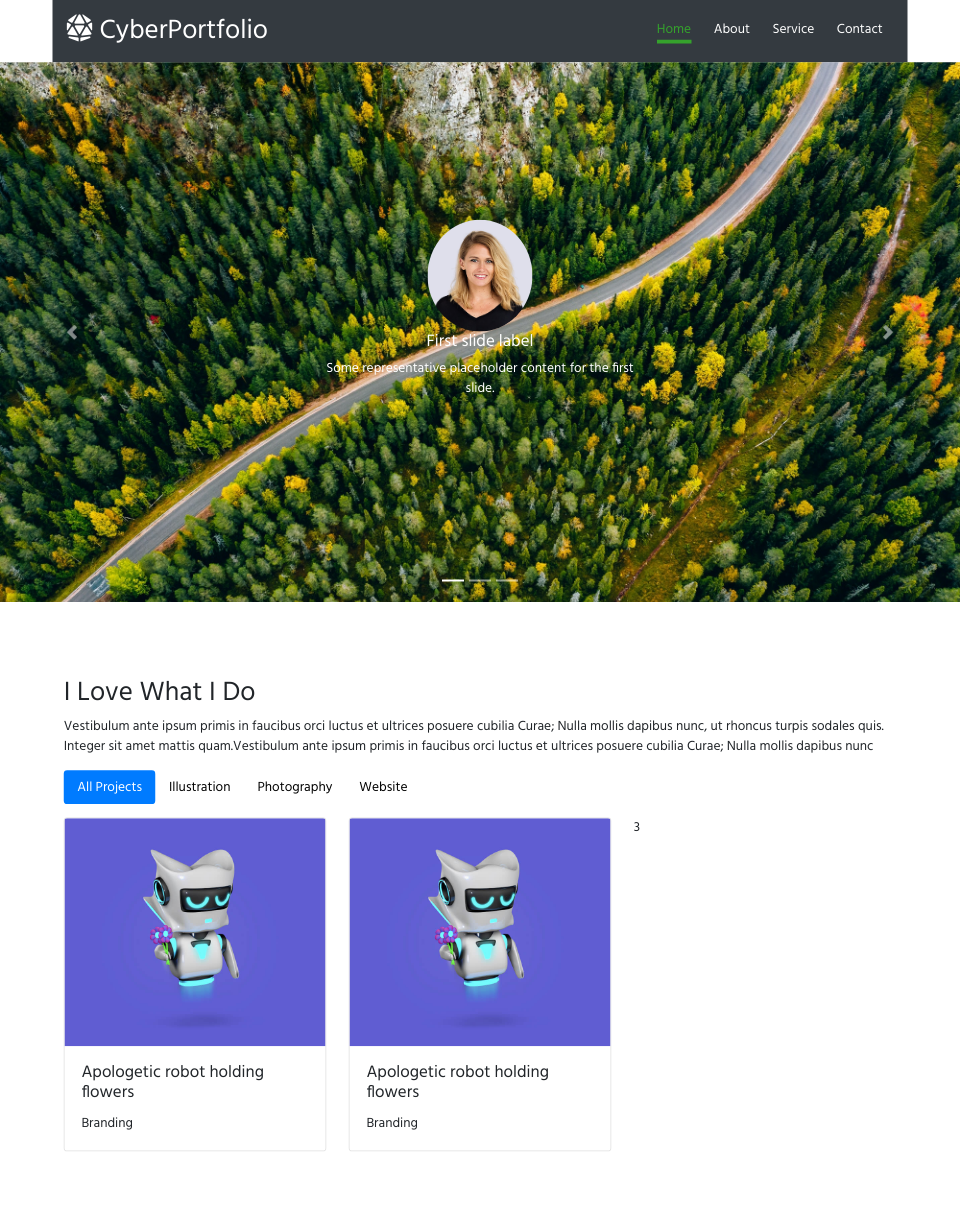
Repository: thanhfrankie/portfolio
Page: index.html
An editor plug-in stored every save of this project. The page is shown before and after a run of saves, followed by the edit.
The browser window is 1280 px wide. The pictures show the whole page, at 75% of full size.

Above is the page before, as saved 2023-11-30 09:37:54.

After the next 2 saves:
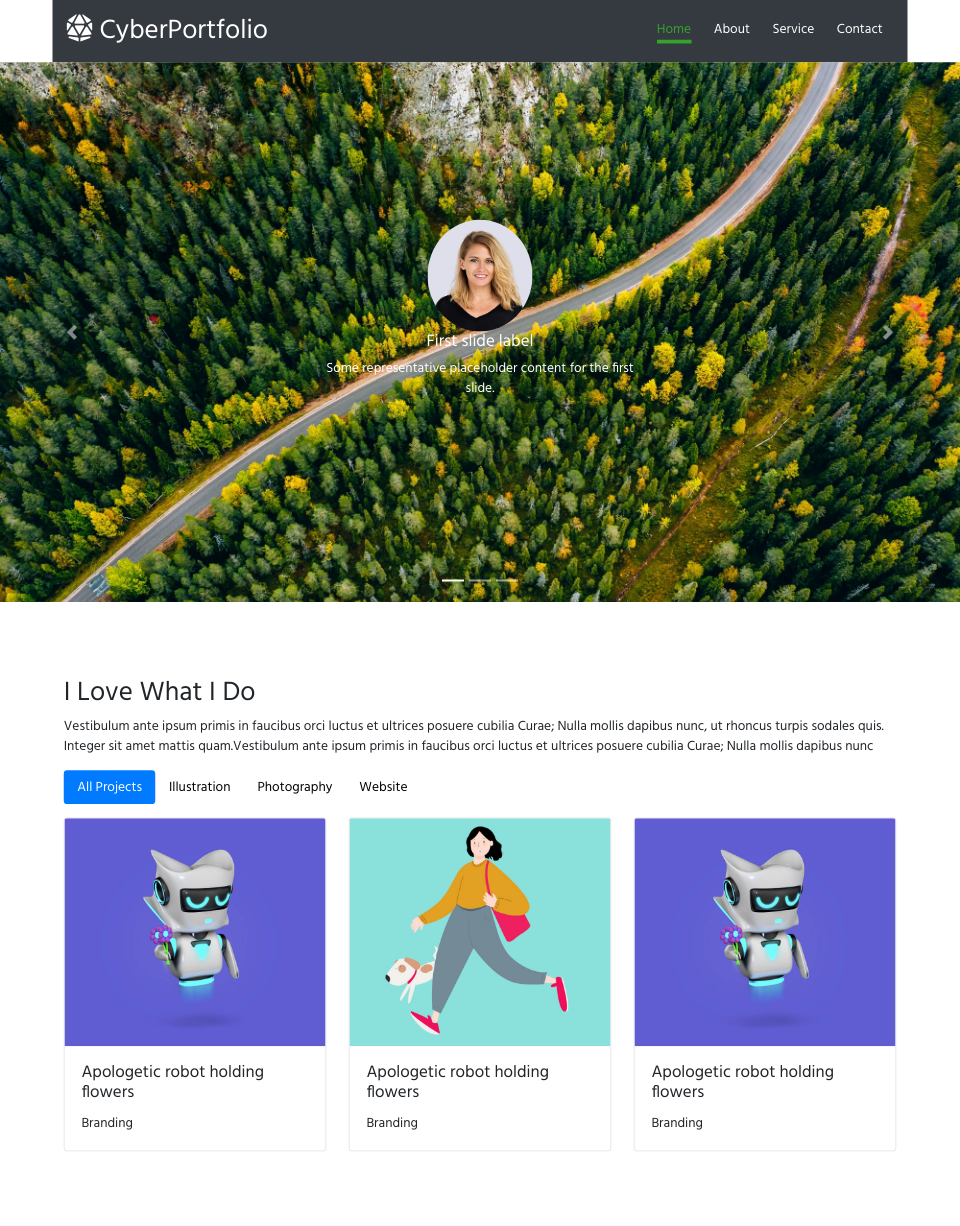
The 2 saves are shown as one change because they came seconds apart.
The last was saved 8 s later.
--- a/index.html
+++ b/index.html
@@ -138,7 +138,7 @@
               </div>
               <div class="col-4">
                 <div class="card">
-                  <img src="./img/g1.jpg" class="card-img-top" alt="...">
+                  <img src="./img/g2.jpg" class="card-img-top" alt="...">
                   <div class="card-body">
                     <h5 class="card-title">Apologetic robot holding flowers</h5>
                     <p class="card-text">Branding</p>
@@ -146,7 +146,16 @@
                 </div>
 
               </div>
-              <div class="col-4">3</div>
+              <div class="col-4">
+
+                <div class="card">
+                  <img src="./img/g1.jpg" class="card-img-top" alt="...">
+                  <div class="card-body">
+                    <h5 class="card-title">Apologetic robot holding flowers</h5>
+                    <p class="card-text">Branding</p>
+                  </div>
+                </div>
+              </div>
              </div>
             </div>
             <div class="tab-pane fade" id="ilu" role="tabpanel" aria-labelledby="pills-profile-tab">Illustration</div>
